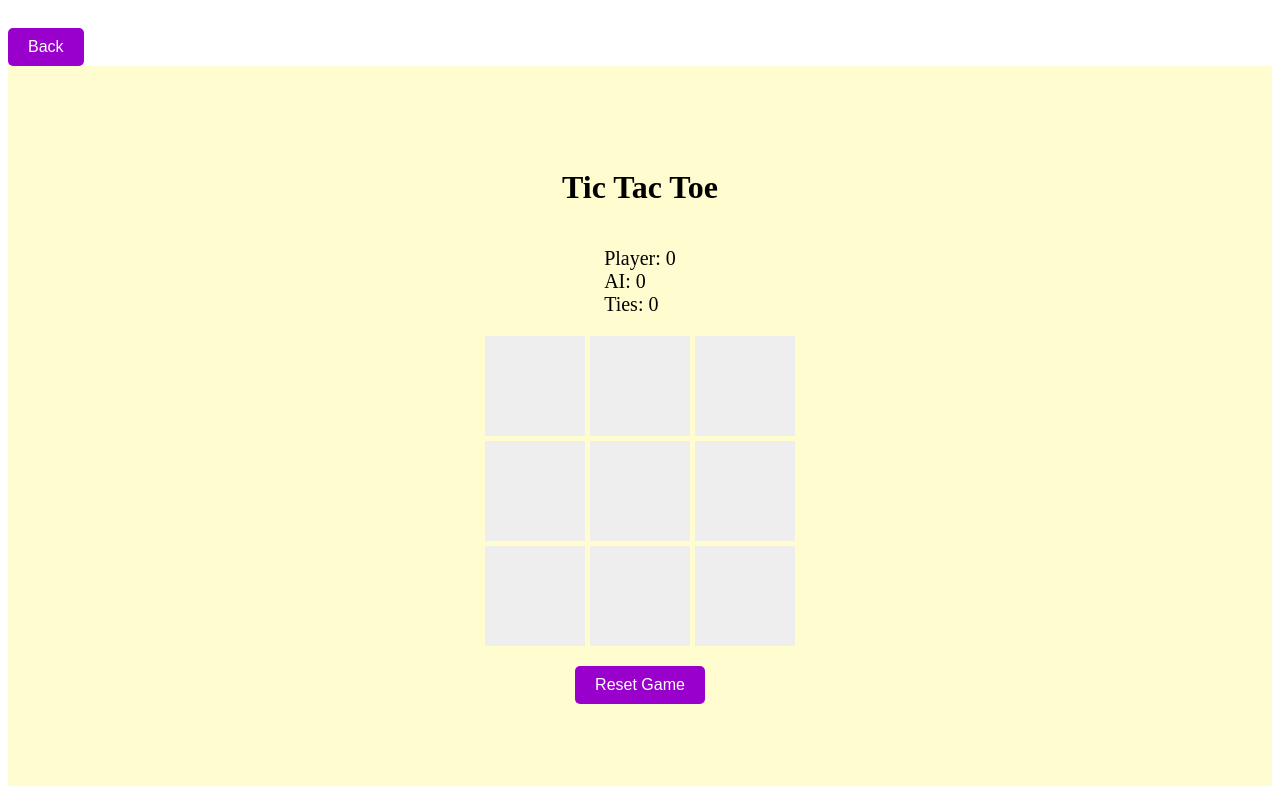
Repository: sidv121415/tic-tac-toe
Page: game.html
The author's editor kept a copy of each file at every save. The page is drawn from the files as they stood at one save, then again after the next save.
The browser window is 1280 px wide. The pictures show the whole page.

Above is the page before, as saved 2024-10-21 22:21:56.

After the next save:
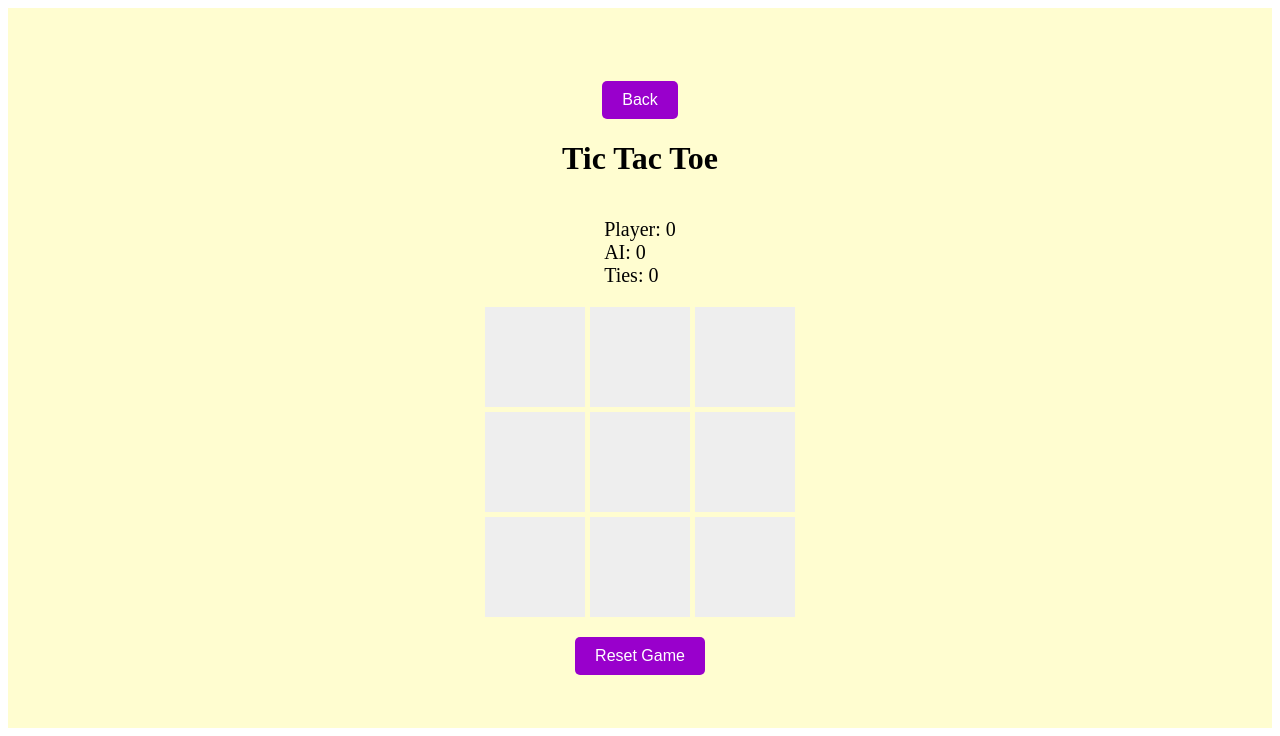
Saved 44 s later.
--- a/game.html
+++ b/game.html
@@ -50,10 +50,10 @@
     </style>
 </head>
 <body>
-    <div class="d-flex flex-row justify-content-start">
-        <button class="reset-button" onclick="goBack()">Back</button>
-    </div>
     <div class="main-div">
+        <div class="d-flex flex-row justify-content-start">
+            <button class="reset-button" onclick="goBack()">Back</button>
+        </div>
         <h1>Tic Tac Toe</h1>
         <div class="score-board">
             <div class="score">Player: <span id="player-score">0</span></div>
